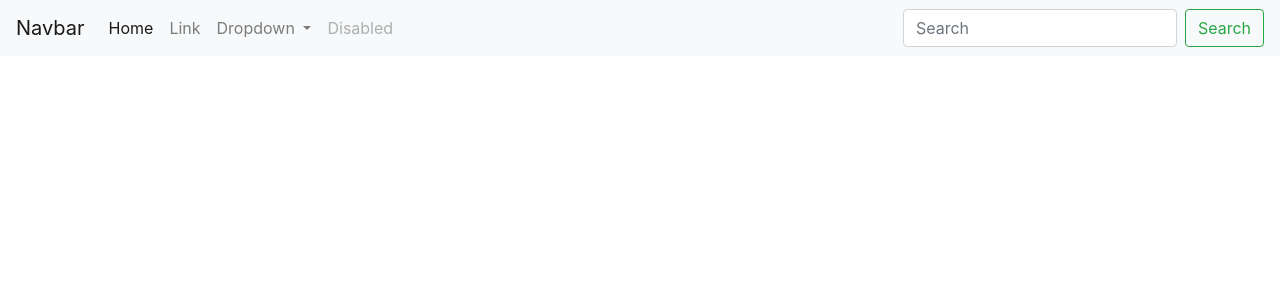
Repository: SudarshanSarnaik/Note_Taker
Page: http://localhost/NoteTaker/
The author's editor kept a copy of each file at every save. The page is drawn from the files as they stood at one save, then again after a run of saves.
The browser window is 1280 px wide. The pictures show the whole page.
The page is served by Tomcat 9. Other server files are loaded and not shown.

Above is the page before, as saved 2025-01-28 04:26:50.

### NoteTaker/src/main/webapp/index.jsp
<!doctype html>
<html lang="en">
  <head>
    <!-- Required meta tags -->
    <meta charset="utf-8">
    <meta name="viewport" content="width=device-width, initial-scale=1, shrink-to-fit=no">

    <!-- Bootstrap CSS -->
    <link rel="stylesheet" href="https://cdn.jsdelivr.net/npm/bootstrap@4.4.1/dist/css/bootstrap.min.css" integrity="sha384-Vkoo8x4CGsO3+Hhxv8T/Q5PaXtkKtu6ug5TOeNV6gBiFeWPGFN9MuhOf23Q9Ifjh" crossorigin="anonymous">
    <link  href="css/style.css" rel="style>

    <title>Hello, world!</title>
  </head>
  <body>
  <div class="container">
   <%@ include file= "navbar.jsp" %>
   </div>


    <!-- Optional JavaScript -->
    <!-- jQuery first, then Popper.js, then Bootstrap JS -->
    <script src="https://code.jquery.com/jquery-3.4.1.slim.min.js" integrity="sha384-J6qa4849blE2+poT4WnyKhv5vZF5SrPo0iEjwBvKU7imGFAV0wwj1yYfoRSJoZ+n" crossorigin="anonymous"></script>
    <script src="https://cdn.jsdelivr.net/npm/popper.js@1.16.0/dist/umd/popper.min.js" integrity="sha384-Q6E9RHvbIyZFJoft+2mJbHaEWldlvI9IOYy5n3zV9zzTtmI3UksdQRVvoxMfooAo" crossorigin="anonymous"></script>
    <script src="https://cdn.jsdelivr.net/npm/bootstrap@4.4.1/dist/js/bootstrap.min.js" integrity="sha384-wfSDF2E50Y2D1uUdj0O3uMBJnjuUD4Ih7YwaYd1iqfktj0Uod8GCExl3Og8ifwB6" crossorigin="anonymous"></script>
  </body>
</html>

Loaded but not shown: NoteTaker/src/main/webapp/navbar.jsp (common file); NoteTaker/src/main/webapp/css/style.css (common file)

After the next 2 saves:
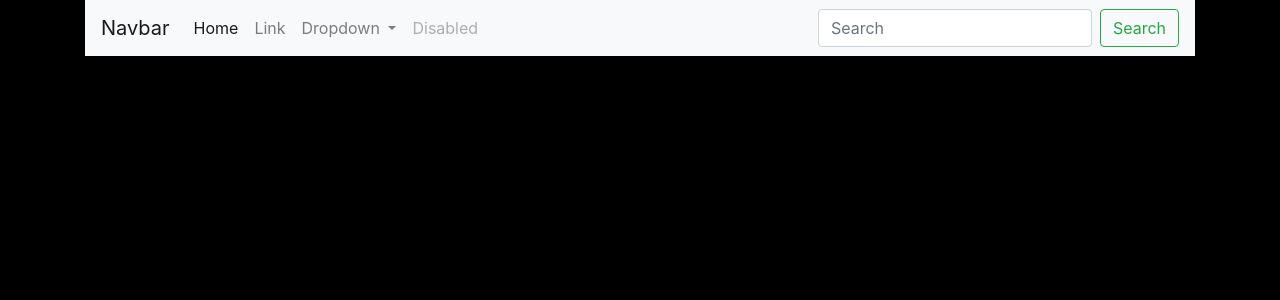
The 2 saves are shown as one change because they came seconds apart.
The last was saved 8 s later.
--- a/NoteTaker/src/main/webapp/index.jsp
+++ b/NoteTaker/src/main/webapp/index.jsp
@@ -7,7 +7,7 @@
 
     <!-- Bootstrap CSS -->
     <link rel="stylesheet" href="https://cdn.jsdelivr.net/npm/bootstrap@4.4.1/dist/css/bootstrap.min.css" integrity="sha384-Vkoo8x4CGsO3+Hhxv8T/Q5PaXtkKtu6ug5TOeNV6gBiFeWPGFN9MuhOf23Q9Ifjh" crossorigin="anonymous">
-    <link  href="css/style.css" rel="style>
+    <link  href="css/style.css" rel="stylesheet"/>
 
     <title>Hello, world!</title>
   </head>
